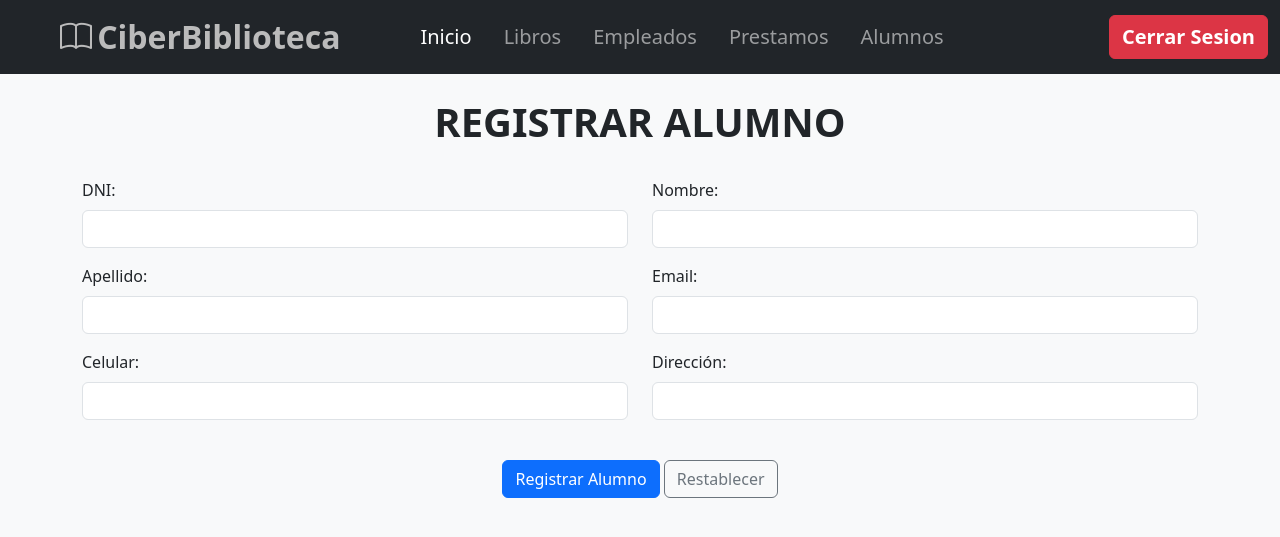
Repository: WilmerOcampo/LP1_Biblioteca
Page: http://localhost/Proyecto/registrarAlumno.jsp
These files come from the project's save history. The page is drawn as it stood at one moment and after the next save; the edit follows.
The browser window is 1280 px wide. The pictures show the whole page.
The page is served by Tomcat 10. Other server files are loaded and not shown.

Above is the page before, as saved 2023-05-31 16:35:41.

### Proyecto/src/main/webapp/registrarAlumno.jsp
<%@ page language="java" contentType="text/html; charset=ISO-8859-1"
    pageEncoding="ISO-8859-1"%>
<!DOCTYPE html>
<html>
<head>
<meta charset="ISO-8859-1">
<title>Registrar Alumno</title>
<link href="https://cdn.jsdelivr.net/npm/bootstrap@5.3.0-alpha3/dist/css/bootstrap.min.css" rel="stylesheet">
<link rel="stylesheet" href="https://cdn.jsdelivr.net/npm/bootstrap-icons@1.8.1/font/bootstrap-icons.css">
</head>

<body class="bg-light">

    <!-- Inicio del menu -->
      <nav class="navbar navbar-expand-md navbar-dark bg-dark">
        <div class="container-fluid">

        <!-- icono o nombre -->
        <a class="navbar-brand" href="#" style="padding-left: 3rem; padding-right: 3rem;">
            <i class="bi bi-book" style="font-size: 2rem; color:#bbb"></i>
            <span style="font-size: 2rem; color:#bbb"><b>CiberBiblioteca</b></span>
          </a>

        <!-- boton del menu -->
        <button class="navbar-toggler" type="button" data-bs-toggle="collapse" data-bs-target="#menu" aria-controls="navbarSupportedContent" aria-expanded="false" aria-label="Toggle navigation">
            <span class="navbar-toggler-icon"></span>
        </button>

          <!-- elementos del menu colapsable -->
        <div class="collapse navbar-collapse" id="menu">
            <ul class="navbar-nav me-auto" style="font-size: 20px">
                  <li class="nav-item" style="margin:0 0.5rem">
                    <a class="nav-link active" aria-current="page" href="index.jsp">Inicio</a>
                  </li>
                  <li class="nav-item" style="margin:0 0.5rem">
                    <a class="nav-link" href="listaLibros.jsp">Libros</a>
                  </li>
                  <li class="nav-item" style="margin:0 0.5rem">
                    <a class="nav-link" href="listaEmpleados.jsp">Empleados</a>
                  </li>
                  <li class="nav-item" style="margin:0 0.5rem">
                    <a class="nav-link" href="listaPrestamos.jsp">Prestamos</a>
                  </li>
                  <li class="nav-item" style="margin:0 0.5rem">
                    <a class="nav-link" href="listaAlumnos.jsp">Alumnos</a>
                  </li>
                 </ul>

          <hr class="d-md-none text-white-50">

         <!--boton Informacion -->
          <form class="d-flex">
            <button class="btn btn-danger d-none d-md-inline-block " type="submit" style="font-size: 20px; font-weight:600"><a href="login.jsp" style="text-decoration: none; color: #fff">Cerrar Sesion</a></button>
          </form>
        </div>
        </div>
      </nav>

    <div class="container">
        <br>
        <h1 class="text-center" style="text-transform: uppercase;"><strong>Registrar Alumno</strong></h1><br>
        <form>
            <div class="row mb-3">
                <div class="col-md-6">
                    <label for="dni" class="form-label">DNI:</label>
                    <input type="text" class="form-control" id="dni" name="dni">
                </div>
                <div class="col-md-6">
                    <label for="nombre" class="form-label">Nombre:</label>
                    <input type="text" class="form-control" id="nombre" name="nombre">
                </div>
            </div>
            <div class="row mb-3">
                <div class="col-md-6">
                    <label for="apellido" class="form-label">Apellido:</label>
                    <input type="text" class="form-control" id="apellido" name="apellido">
                </div>
                <div class="col-md-6">
                    <label for="email" class="form-label">Email:</label>
                    <input type="email" class="form-control" id="email" name="email">
                </div>
            </div>
            <div class="row mb-3">
                <div class="col-md-6">
                    <label for="celular" class="form-label">Celular:</label>
                    <input type="text" class="form-control" id="celular" name="celular">
                </div>
                <div class="col-md-6">
                    <label for="direccion" class="form-label">Dirección:</label>
                    <input type="text" class="form-control" id="direccion" name="direccion">
                </div>
            </div>
            <div class="row">
                <div class="col-md-12 text-center">
                    <br><input type="submit" name="Registrar" id="registrar" value="Registrar Alumno" class="btn btn-primary">
                    <input type="reset" name="borrar" id="borrar" value="Restablecer" class="btn btn-outline-secondary">
                </div>
            </div>
        </form>
    </div>

    <script src="https://cdn.jsdelivr.net/npm/bootstrap@5.3.0-alpha3/dist/js/bootstrap.bundle.min.js"
        integrity="sha384-ENjdO4Dr2bkBIFxQpeoTz1HIcje39Wm4jDKdf19U8gI4ddQ3GYNS7NTKfAdVQSZe"
        crossorigin="anonymous"></script>

</body>
</html>

After the next save:
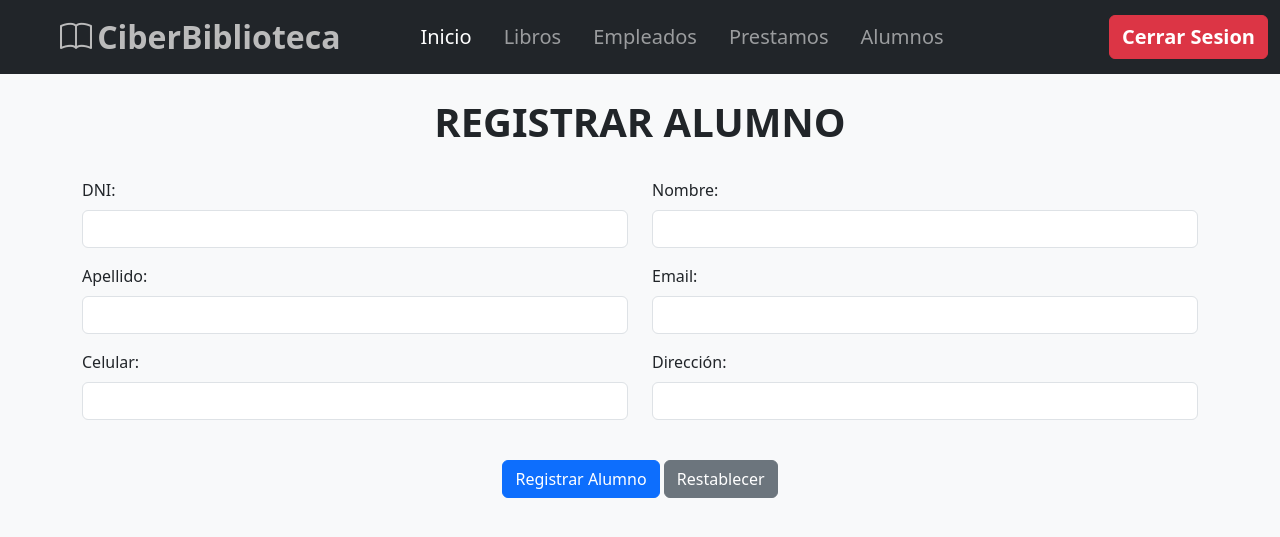
Saved 10 s later.
--- a/Proyecto/src/main/webapp/registrarAlumno.jsp
+++ b/Proyecto/src/main/webapp/registrarAlumno.jsp
@@ -93,7 +93,7 @@
             <div class="row">
                 <div class="col-md-12 text-center">
                     <br><input type="submit" name="Registrar" id="registrar" value="Registrar Alumno" class="btn btn-primary">
-                    <input type="reset" name="borrar" id="borrar" value="Restablecer" class="btn btn-outline-secondary">
+                    <input type="reset" name="borrar" id="borrar" value="Restablecer" class="btn btn-secondary">
                 </div>
             </div>
         </form>
